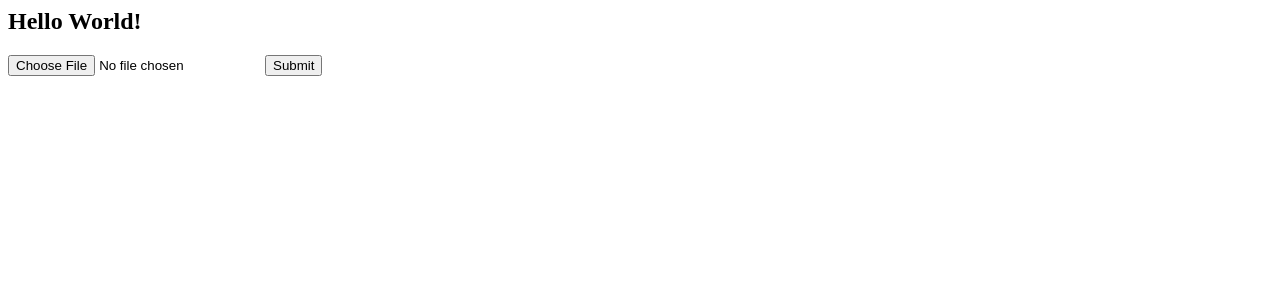
Repository: 18ucs096/Servelts
Page: http://localhost/File_Upload/
The author's editor kept a copy of each file at every save. The page is drawn from the files as they stood at one save, then again after the next save.
The browser window is 1280 px wide. The pictures show the whole page.
The page is served by Tomcat 9.

Above is the page before, as saved 2021-04-23 19:01:43.

After the next save:
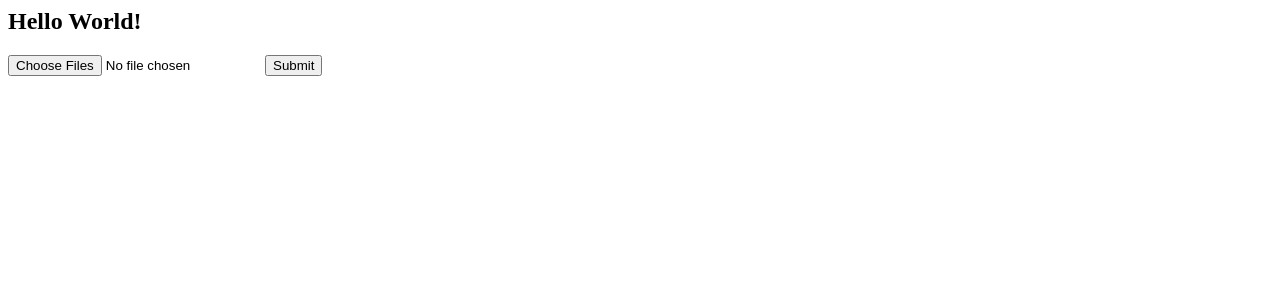
Saved 18 s later.
--- a/File_Upload/src/main/webapp/index.jsp
+++ b/File_Upload/src/main/webapp/index.jsp
@@ -2,8 +2,8 @@
 <html>
 <body>
 <h2>Hello World!</h2>
-<form action="upload" method="post" multiples>
-	<input type="file" name="file">
+<form action="upload" method="post" >
+	<input type="file" name="file" multiple>
 	<input type="submit">
 </form>
 </body>
